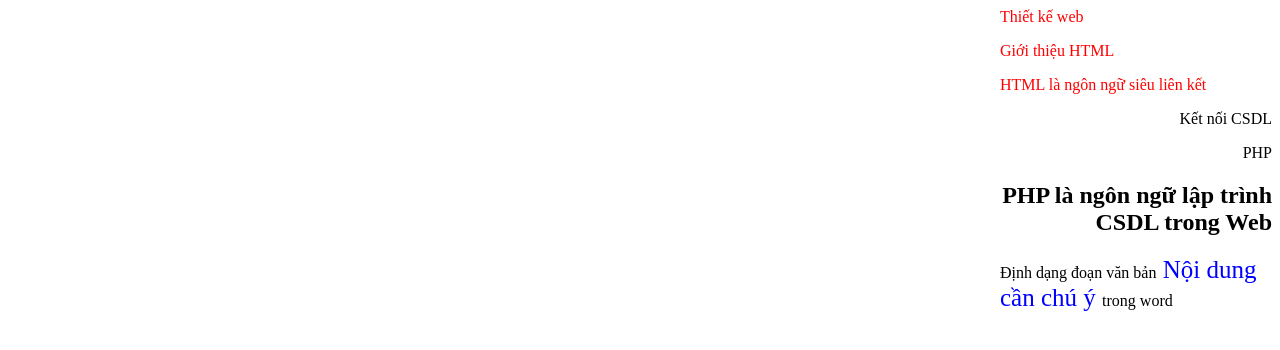
Repository: thanhp6868/ltWeb
Page: 2709_1.html
These files come from the project's save history. The page is drawn as it stood at one moment and after the next save; the edit follows.
The browser window is 1280 px wide. The pictures show the whole page.

Above is the page before, as saved 2023-09-27 14:09:02.

### 2709_1.html
<HTML>
    <HEAD>
        <TITLE> DIV va SPAN </TITLE>
    </HEAD>
    <BODY style="margin-left: 1000px;">

        <DIV>
        <font color="red">

            Thiết kế web
            <P> Giới thiệu HTML
            <P> HTML là ngôn ngữ siêu liên kết</P>
        </font>

        </DIV>


        <DIV align = right> Kết nối CSDL
            <P> PHP
            <BR>
            <H2> PHP là ngôn ngữ lập trình CSDL trong Web</H2>
        </DIV>


    <P> Định dạng đoạn văn bản<SPAN STYLE = "font-size:25; color: blue"> Nội dung cần chú ý </SPAN>trong word

    </BODY>
    </HTML>

After the next save:
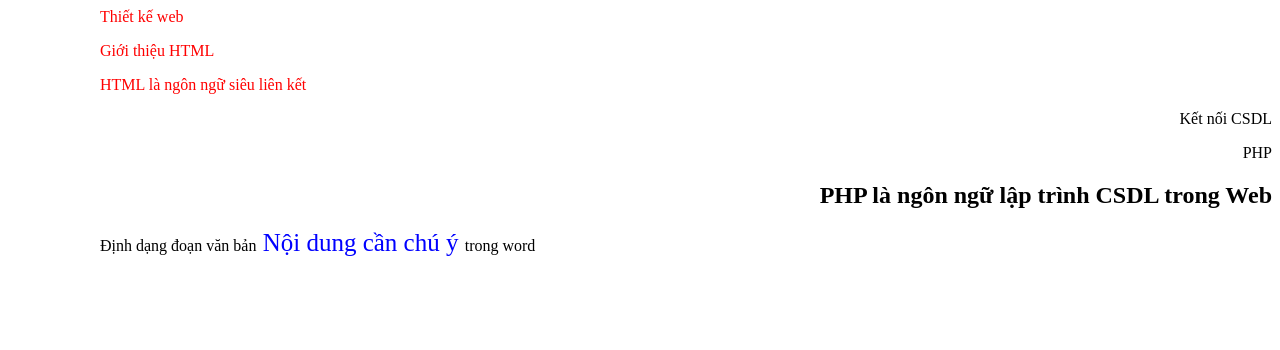
Saved 25 s later.
--- a/2709_1.html
+++ b/2709_1.html
@@ -2,7 +2,7 @@
     <HEAD>
         <TITLE> DIV va SPAN </TITLE>
     </HEAD>
-    <BODY style="margin-left: 1000px;">
+    <BODY style="margin-left: 100px;">
 
         <DIV>
         <font color="red">
